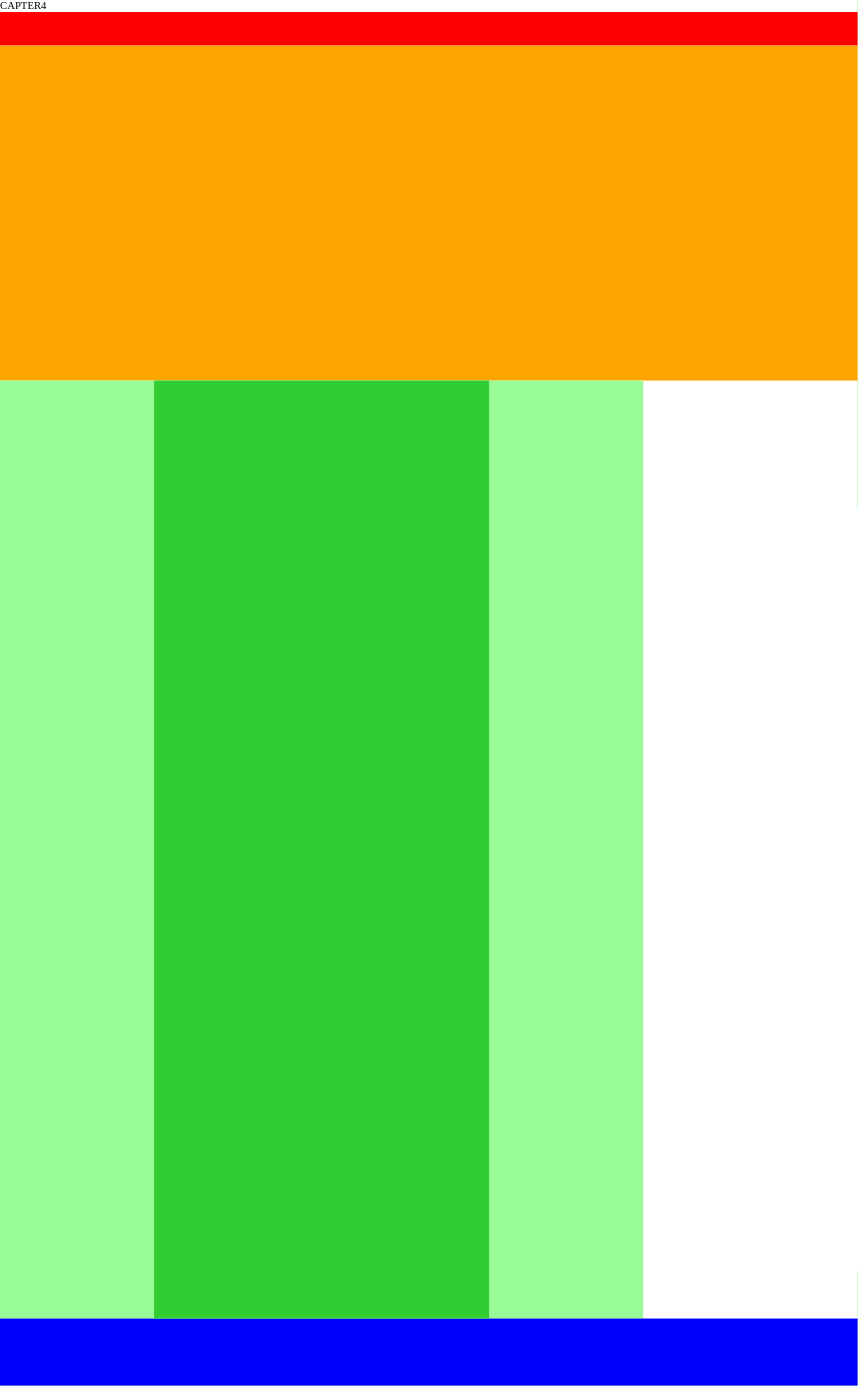
Repository: dsjanainoyo/html
Page: capter4.exercise/capter4.exercize.html
The author's editor kept a record of every edit. The page is drawn from the files as they stood at one moment, then again after the next edit.
The browser window is 1280 px wide. The pictures show the whole page, at 67% of full size.

Above is the page before.

After the next edit:
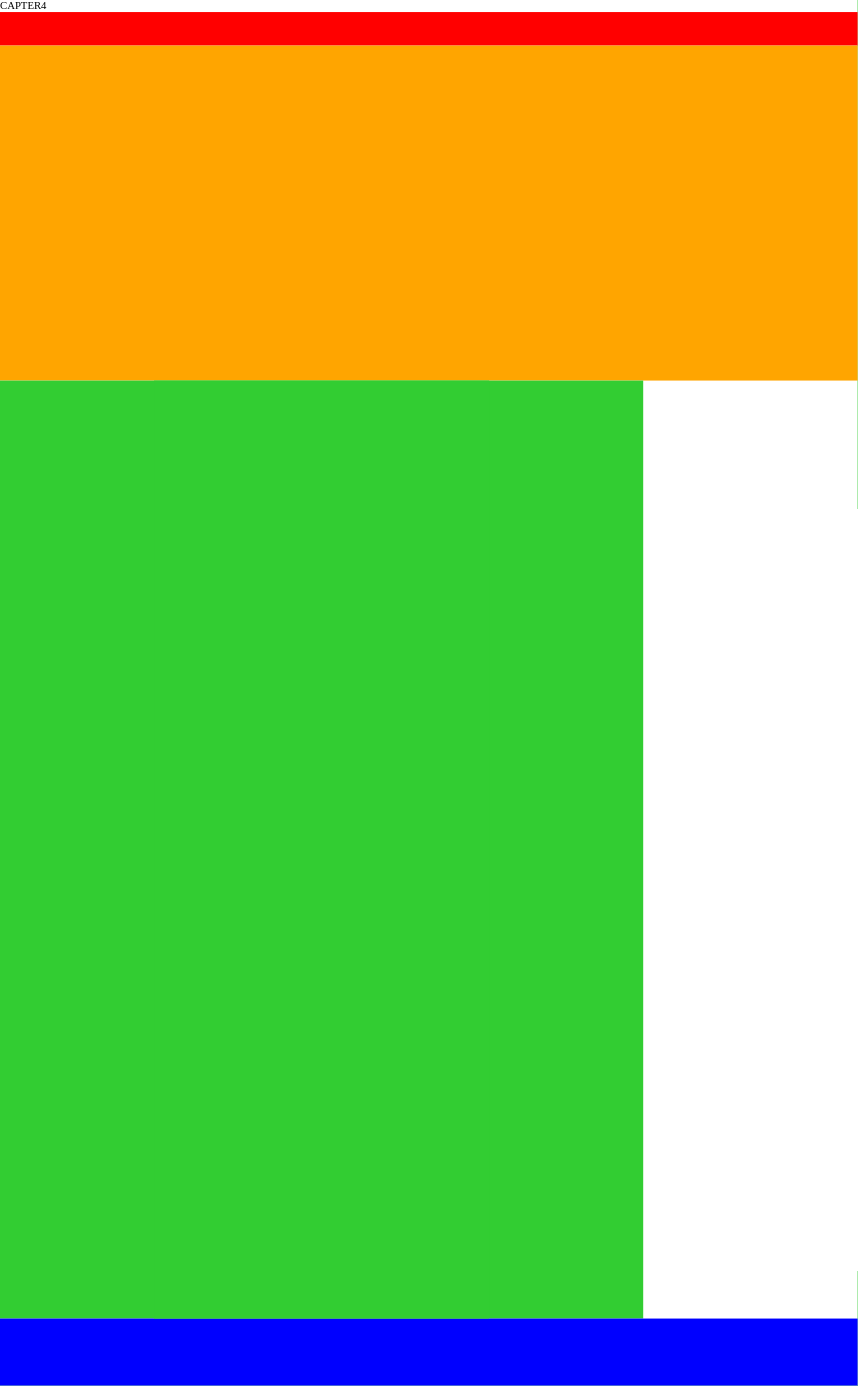
The edit:
--- a/capter4.exercise/capter4.exercise.css
+++ b/capter4.exercise/capter4.exercise.css
@@ -19,7 +19,7 @@
 .main{
   width:960px;
   height:1400px;
-  background-color:palegreen;
+  background-color:limegreen;
   display:flex;
   justify-content:center;
 }
